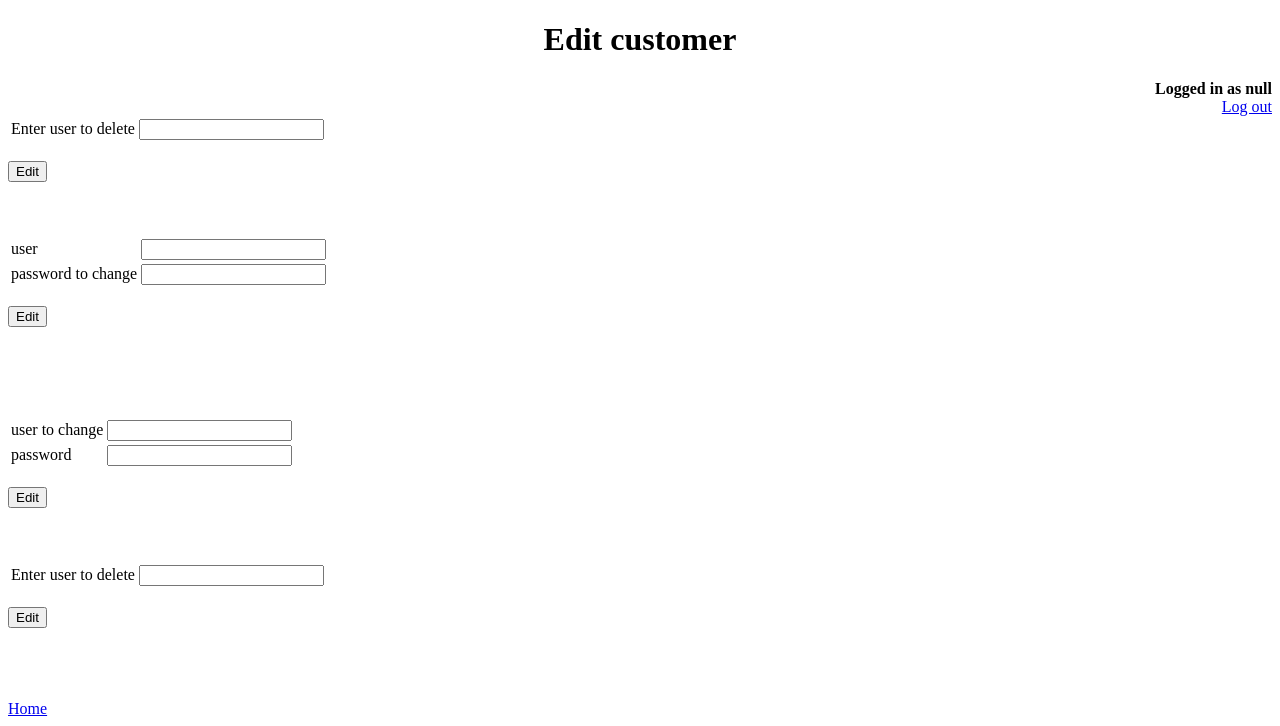
Repository: Pheazon/data_management
Page: http://localhost/cs336Final/editCustomer.jsp
An editor plug-in stored every save of this project. The page is shown before and after the next save, followed by the edit.
The browser window is 1280 px wide. The pictures show the whole page.
The page is served by Tomcat 9.

Above is the page before, as saved 2019-12-06 06:46:49.

### cs336Final/WebContent/editCustomer.jsp
<%@ page language="java" contentType="text/html; charset=ISO-8859-1"
	pageEncoding="ISO-8859-1" import="com.cs336.pkg.*"%>
<%@ page import="java.io.*,java.util.*,java.sql.*"%>
<%@ page import="javax.servlet.http.*,javax.servlet.*"%>
<!DOCTYPE html PUBLIC "-//W3C//DTD HTML 4.01 Transitional//EN" "http://www.w3.org/TR/html4/loose.dtd">
<html>
<head>
<meta http-equiv="Content-Type" content="text/html; charset=ISO-8859-1">
<title>Edit Customer</title>
</head>
<body>

	<h1 align="center">Edit customer</h1>

	<div align="right"> <b> Logged in as
	<%=session.getAttribute("user")%>
	</b> <br>
	<a href='logout.jsp'>Log out</a>
	</div>

	<%
	ApplicationDB db = new ApplicationDB();
	Connection con = db.getConnection();
	//PreparedStatement ps = null;
	Class.forName("com.mysql.jdbc.Driver").newInstance();
	Connection conn = db.getConnection();

	//Statement statement = conn.createStatement();

	//ResultSet result = statement.executeQuery(query);


	//if (rs.next()) {
	//	String user = rs.getString("username");
	//	String password = rs.getString("password");

	%>
		<form method="post" action="addUser.jsp">

		<table>
			<tr>
				<td>Enter user to delete</td>
				<td><input type="text" name="username" maxlength="25"
				required></td>
			</tr>
		</table>
			<br> <input type="submit" value="Edit">
		</form>
		<br><br><br>


		<form method="post" action="editCustomerHandler.jsp">

		<table>
			<tr>
				<td>user</td>
				<td><input type="text" name="username" maxlength="25"
				required></td>
			</tr>
			<tr>
				<td>password to change</td>
				<td><input type="password" name="password" maxlength="25"
				required></td>
			</tr>
		</table>
			<br> <input type="submit" value="Edit">
		</form>
		<br><br><br>


		<br>
		<br>

		<form method="post" action="editCustomerHandler2.jsp">

		<table>
			<tr>
				<td>user to change</td>
				<td><input type="text" name="username" maxlength="25"
				required></td>
			</tr>
			<tr>
				<td>password</td>
				<td><input type="password" name="password" maxlength="25"
				required></td>
			</tr>
		</table>
			<br> <input type="submit" value="Edit">
		</form>
		<br><br><br>

				<form method="post" action="deleteUser.jsp">

		<table>
			<tr>
				<td>Enter user to delete</td>
				<td><input type="text" name="username" maxlength="25"
				required></td>
			</tr>
		</table>
			<br> <input type="submit" value="Edit">
		</form>
		<br><br><br>
	<%

	//} else { fan
	//	out.println("Username doesn't exist.");
	//}

	//rs.close();
	//Statement.close();
	conn.close();
%>
<br><a href="success.jsp"> Home</a>

</body>
</html>

### cs336Final/src/com/cs336/pkg/ApplicationDB.java
package com.cs336.pkg;

import java.sql.Connection;
import java.sql.DriverManager;
import java.sql.SQLException;

public class ApplicationDB {

	public ApplicationDB(){

	}

	public Connection getConnection(){

		//Create a connection string
		String url = "jdbc:mysql://cs336db.cdnjviplnzua.us-east-2.rds.amazonaws.com:3306/BarBeerDrinkerSample";
		Connection connection = null;

		try {
			//Load JDBC driver - the interface standardizing the connection procedure. Look at WEB-INF\lib for a mysql connector jar file, otherwise it fails.
			Class.forName("com.mysql.jdbc.Driver").newInstance();
		} catch (InstantiationException e) {
			// TODO Auto-generated catch block
			e.printStackTrace();
		} catch (IllegalAccessException e) {
			// TODO Auto-generated catch block
			e.printStackTrace();
		} catch (ClassNotFoundException e) {
			// TODO Auto-generated catch block
			e.printStackTrace();
		}
		try {
			//Create a connection to your DB
			connection = DriverManager.getConnection(url,"cs336", "Rutgers123!");
		} catch (SQLException e) {
			// TODO Auto-generated catch block
			e.printStackTrace();
		}

		return connection;

	}

	public void closeConnection(Connection connection){
		try {
			connection.close();
		} catch (SQLException e) {
			// TODO Auto-generated catch block
			e.printStackTrace();
		}
	}





	public static void main(String[] args) {
		ApplicationDB dao = new ApplicationDB();
		Connection connection = dao.getConnection();

		System.out.println(connection);
		dao.closeConnection(connection);
	}



}

After the next save:
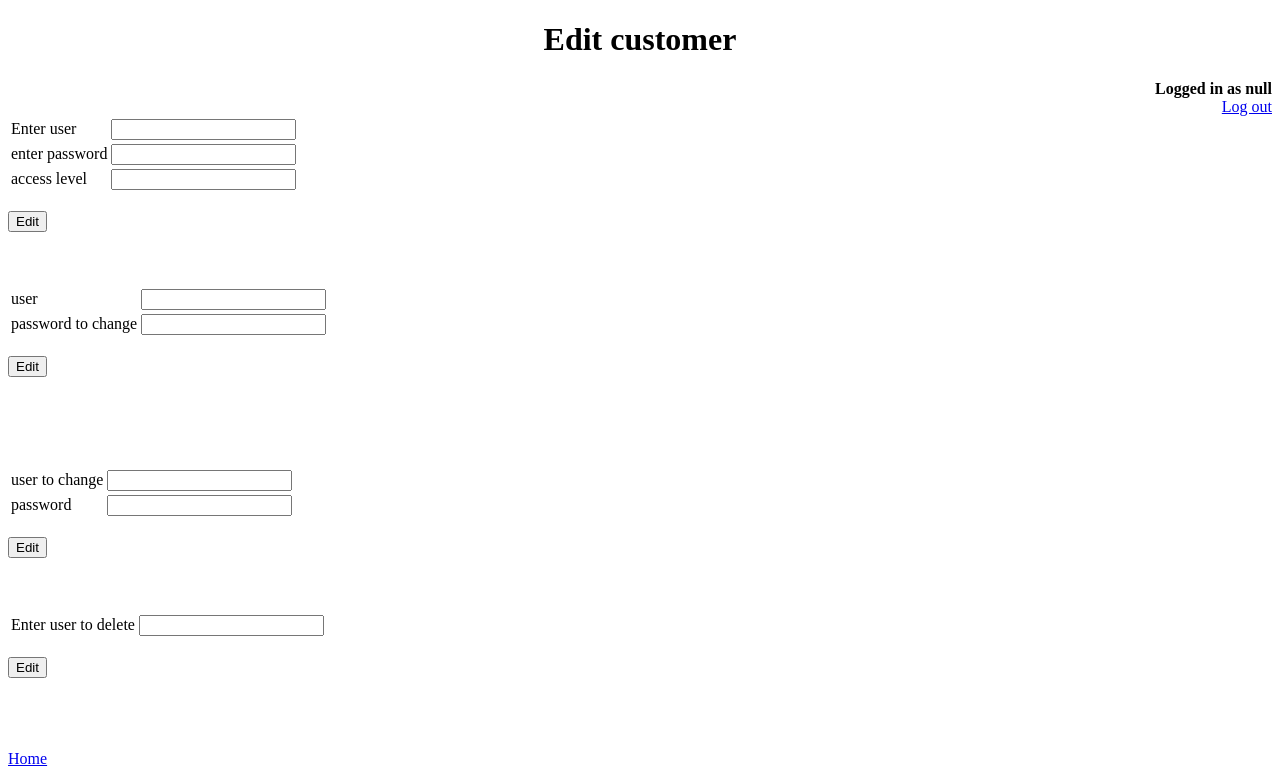
Saved 2 min 21 s later.
--- a/cs336Final/WebContent/editCustomer.jsp
+++ b/cs336Final/WebContent/editCustomer.jsp
@@ -39,8 +39,18 @@
 
 		<table>
 			<tr>
-				<td>Enter user to delete</td>
+				<td>Enter user</td>
 				<td><input type="text" name="username" maxlength="25"
+				required></td>
+			</tr>
+			<tr>
+				<td>enter password</td>
+				<td><input type="password" name="password" maxlength="25"
+				required></td>
+			</tr>
+			<tr>
+				<td>access level</td>
+				<td><input type="text" name="access" maxlength="25"
 				required></td>
 			</tr>
 		</table>
